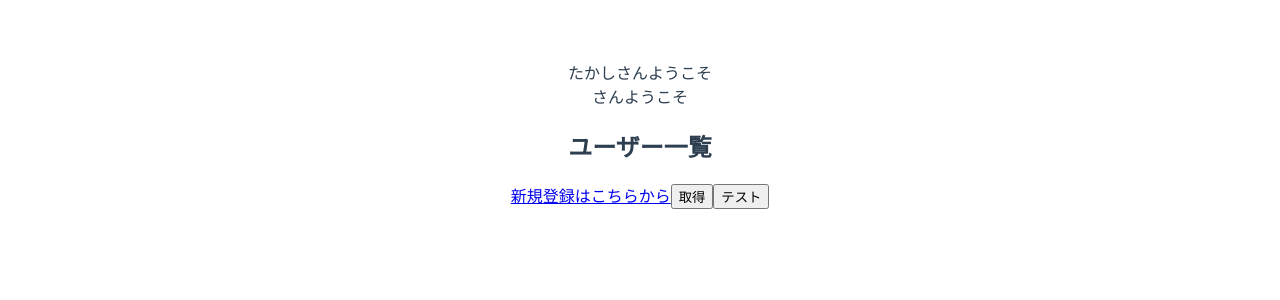
Repository: daisukey623/authentication
Page: /
These files come from the project's save history. The page is drawn as it stood at one moment and after the next save; the edit follows.
The browser window is 1280 px wide. The pictures show the whole page.
The project was rebuilt for these pictures with package versions that can differ from the ones it lists, and the page was loaded fresh each time. Also part of the build but not shown: src/views/Login.vue, src/views/Register.vue.

Above is the page before, as saved 2021-05-23 13:27:09.

### src/main.js
import Vue from 'vue';
import App from './App.vue';
import router from './router';
import firebase from 'firebase/app';
import 'firebase/firestore';


  // Your web app's Firebase configuration
  const firebaseConfig = {
    apiKey: "AIzaSyALEeG-uCX4SsTwYA51b2yka3Lb7Iv2w4Q",
    authDomain: "vuejs-http-de60c.firebaseapp.com",
    projectId: "vuejs-http-de60c",
    storageBucket: "vuejs-http-de60c.appspot.com",
    messagingSenderId: "897481049619",
    appId: "1:897481049619:web:c9e774a648e193e87c61e6"
  };
  // Initialize Firebase
  firebase.initializeApp(firebaseConfig);


new Vue({
  router,
  render: h => h(App)
}).$mount('#app');

export const db = firebase.firestore()
export const auth = firebase.auth()

### src/App.vue
<template>
  <div id="app">
    <header>
    <router-view></router-view>
    </header>
  </div>
</template>

<style scoped>
.header-item {
  padding: 10px;
}

</style>

<style>
#app {
  font-family: 'Avenir', Helvetica, Arial, sans-serif;
  -webkit-font-smoothing: antialiased;
  -moz-osx-font-smoothing: grayscale;
  text-align: center;
  color: #2c3e50;
  margin-top: 60px;
}
</style>

### src/router/index.js
import Vue from 'vue'
import VueRouter from 'vue-router'
import Dashboard from '../views/Dashboard.vue';
import Login from '../views/Login.vue';
import Register from '../views/Register.vue';


Vue.use(VueRouter)

const routes = [
  {
    path: '/',
    component: Dashboard
  },
  {
    path: '/login',
    component: Login
  },
  {
    path: '/register',
    component: Register
  },
]

const router = new VueRouter({
  mode: 'history',
  base: process.env.BASE_URL,
  routes
})

export default router

### src/views/Dashboard.vue
<template>
  <div>
    <div>{{ userName }}さんようこそ</div>
    <div>{{ output }}さんようこそ</div>
    <h2>ユーザー一覧</h2>
    <router-link to="/register">新規登録はこちらから</router-link>
    <button @click="getUser()">取得</button>
    <button @click="dotest()">テスト</button>
  </div>
</template>

<script>
// import firebase from 'firebase'
// import { auth } from '../main'
import { db } from '../main'; // ここを追加
export default {
  data() {
    return {
      userName: 'たかし',
      coin: {},
      test: 1000,
    };
  },
  methods: {
    getUser: function() {
      let self = this
      let collection = db.collection('users')
      const user = collection.doc('JLVLHoWvo7Pe5xTdcjgnwSwhRMS2');
      user
        .get()
        .then(function(doc) {
          if (doc.exists) {
            console.log('Document data:', doc.data());
            console.log(doc.data().name);
            self.output = doc.data()
          } else {
            console.log('No such document!');
          }
        })
        .catch(function(error) {
          console.log('Error getting document:', error);
        });
    },
    dotest() {
      console.log(this.test);
      // console.log(this.userName);
    },
  },
};
</script>

Loaded but not shown: public/index.html (common file)

After the next save:
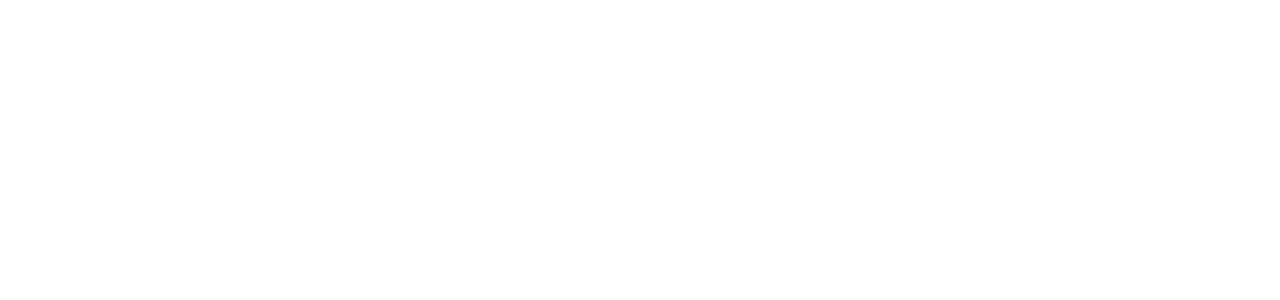
Saved 36 s later.
--- a/src/views/Dashboard.vue
+++ b/src/views/Dashboard.vue
@@ -1,7 +1,7 @@
 <template>
   <div>
     <div>{{ userName }}さんようこそ</div>
-    <div>{{ output }}さんようこそ</div>
+    <div>{{ self.output }}さんようこそ</div>
     <h2>ユーザー一覧</h2>
     <router-link to="/register">新規登録はこちらから</router-link>
     <button @click="getUser()">取得</button>

After the save that followed:
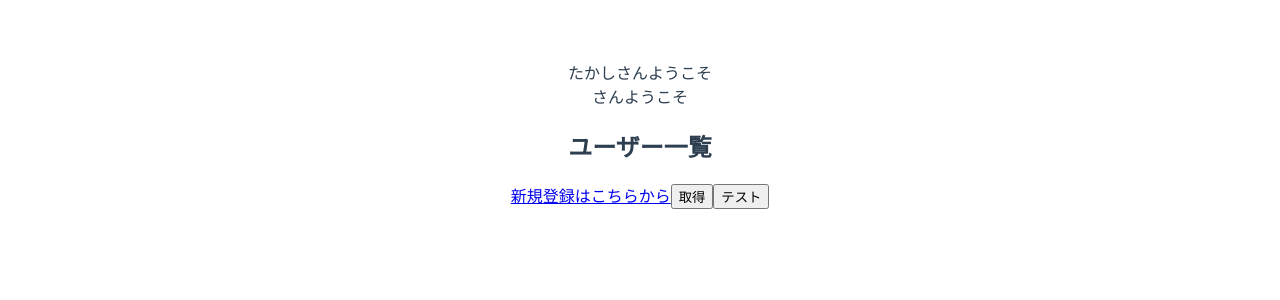
Saved 9 s later.
--- a/src/views/Dashboard.vue
+++ b/src/views/Dashboard.vue
@@ -1,7 +1,7 @@
 <template>
   <div>
     <div>{{ userName }}さんようこそ</div>
-    <div>{{ self.output }}さんようこそ</div>
+    <div>{{ self }}さんようこそ</div>
     <h2>ユーザー一覧</h2>
     <router-link to="/register">新規登録はこちらから</router-link>
     <button @click="getUser()">取得</button>
